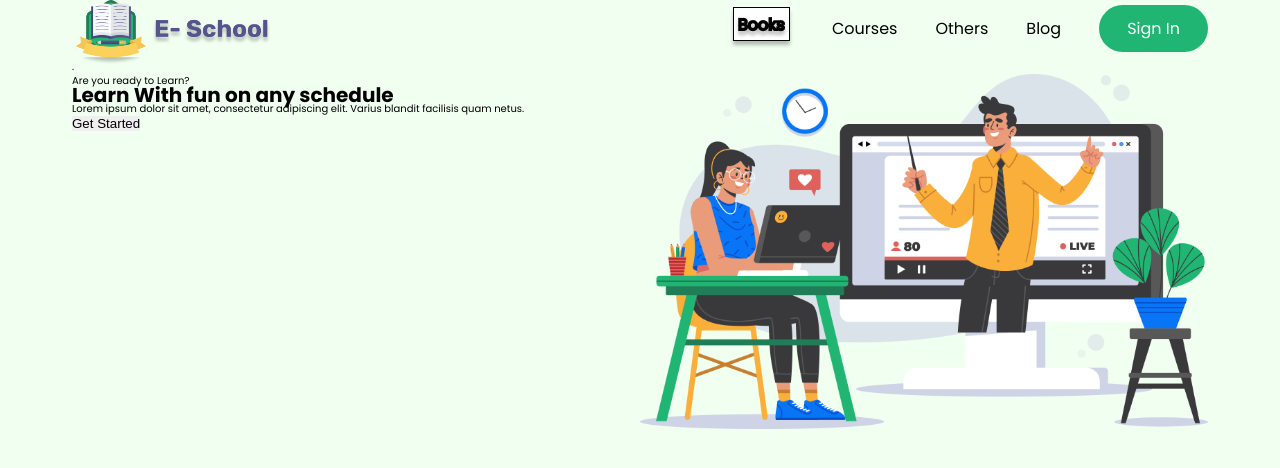
Repository: bijaythakur-code/E-school
Page: index.html
An editor plug-in stored every save of this project. The page is shown before and after the next save, followed by the edit.
The browser window is 1280 px wide. The pictures show the whole page.

Above is the page before, as saved 2022-05-11 15:03:42.
Console error: TypeError: Cannot set properties of null (setting 'textContent')

### index.html
<!DOCTYPE html>
<html lang="en">
  <head>
    <meta charset="UTF-8" />
    <meta http-equiv="X-UA-Compatible" content="IE=edge" />
    <meta name="viewport" content="width=device-width, initial-scale=1.0" />

    <link rel="preconnect" href="https://fonts.googleapis.com" />
    <link rel="preconnect" href="https://fonts.gstatic.com" crossorigin />
    <link
      href="https://fonts.googleapis.com/css2?family=Poppins:wght@400;500;700&family=Roboto&display=swap"
      rel="stylesheet"
    />

    <link rel="stylesheet" href="/css/general.css" />
    <link rel="stylesheet" href="/css/style.css" />
    <link rel="stylesheet" href="/css/queries.css" />
    <title>Starter Project</title>
  </head>
  <body>
    <header>
      <div class="container">
        <nav>
          <div class="logo">
            <a href="/">
              <img src="/img/logo.png" alt="E-school logo" />
            </a>
          </div>
          <ul class="main-nav">
            <li>
              <a href="/">
                <img src="/img/img-icon-books-nav.png" alt="E-school Books" />
              </a>
            </li>
            <li>
              <a class="nav-link" href="#">Courses</a>
            </li>
            <li>
              <a class="nav-link" href="#">Others</a>
            </li>
            <li>
              <a class="nav-link" href="#">Blog</a>
            </li>
            <li>
              <a class="sign-in nav-link" href="#">Sign In</a>
            </li>
          </ul>
        </nav>

        <!-- hero section -->
        .
        <div class="hero">
          <div class="hero-left">
            <p class="are-you-ready">Are you ready to Learn?</p>
            <h1>Learn With fun on <span>any schedule</span></h1>
            <p>
              Lorem ipsum dolor sit amet, consectetur adipiscing elit. Varius
              blandit facilisis quam netus.
            </p>
            <a href="#">
              <button class="btn-get-started">Get Started</button>
            </a>
          </div>
          <div class="hero-right">
            <img src="/img/image-hero.png" alt="E-school hero" />
        </div>
      </div>
    </header>
    <script src="js/script.js"></script>
  </body>
</html>

### css/general.css
/*
--- 01 TYPOGRAPHY SYSTEM

- Font sizes (px)


- Font weights
Default: 400
Medium: 500

Bold: 700


- Line heights
Default: 1
Small: 1.05
Medium: 1.2
Paragraph default: 1.6
Large: 1.8

- Letter spacing
-0.5px
0.75px

--- 02 COLORS

#000000 -- black
#21B573 -- primary
#FFFFFF -- white
#FD511A -- primary-shade-one
#413960 -- secondary
#585859 -- secondary-tint-one
#282531 -- footer background
#CDCDCD -- primary-tint-one

#F0FFF0 -- hero background

- Primary:
- Tints:


- Shades:


- Accents:
- Greys


--- 05 SHADOWS


--- 06 BORDER-RADIUS

Default: 9px
Medium: 11px

--- 07 WHITESPACE

- Spacing system (px)

*/

:root {
  /* COLORS VARIABLES */
  --primary-color: #21b573;
  --primary-shade-one: #fd511a;
  --primary-tint-one: #cdcdcd;

  --secondary-color: #413960;
  --secondary-tint-one: #585859;

  --hero-background: #f0fff0;
  --footer-background: #282531;

  --black-color: #000000;
  --white-color: #ffffff;
}

*,
*::after,
*::before {
  padding: 0;
  margin: 0;
  box-sizing: border-box;
}

html {
  /* font-size: 10px; */

  /* 10px / 16px = 0.625 = 62.5% */
  /* Percentage of user's browser font-size setting */
  font-size: 62.5%;

  /* Does NOT work on Safari */
  /* scroll-behavior: smooth; */
}

body {
  font-family: 'Poppins', sans-serif;
  line-height: 140%;
  font-weight: 400;
}

ul {
  list-style: none;
}

a {
  text-decoration: none;
}

img {
  max-width: 100%;
  height: auto;
}

button {
  border: none;
  outline: none;
  cursor: pointer;
}

/*=============== GENERAL REUSABLE CSS CLASSES ===============*/

.container {
  /* 1200px */
  max-width: 120rem;
  padding: 0 3.2rem;
  margin: 0 auto;
}

### css/style.css
/*=============== HEADER & NAV ===============*/

header {
  background-color: var(--hero-background);
  height: 100vh;
}
nav {
  display: flex;
  justify-content: space-between;
}

.main-nav {
  display: flex;
  justify-content: space-between;
  align-items: center;
  gap: 38px;
}

.logo {
  height: 60px;
  width: 200px;
}

.nav-link {
  font-family: 'Poppins', sans-serif;
  font-weight: 400;
  font-size: 16px;
  color: #000000;
}

.sign-in {
  color: #ffffff;
  padding: 12px 28px;
  width: 104px;
  height: 43px;
  background: #21b573;
  border-radius: 33px;
}

/* mobile menu */

/*=============== HERO SECTION ===============*/

.hero {
  display: flex;
}

.hero-left {
  width: 50%;
  display: flex;
  flex-direction: column;
}

.hero-right {
  width: 50%;
}

### css/queries.css
/* rem and em do NOT depend on html font-size in media queries! Instead, 1rem = 1em = 16px */

/**************************/
/* BELOW 1344px (Smaller desktops) */
/**************************/

@media (max-width: 84em) {
}

/**************************/
/* BELOW 1200px (Landscape Tablets) */
/**************************/

@media (max-width: 75em) {
  html {
    /* 9px / 16px  */
    font-size: 56.25%;
  }
}

/**************************/
/* BELOW 944px (Tablets) */
/**************************/

@media (max-width: 59em) {
  html {
    /* 8px / 16px = 0.5 = 50% */
    font-size: 50%;
  }
}

/**************************/
/* BELOW 704px (Smaller tablets) */
/**************************/

@media (max-width: 44em) {
}

/**************************/
/* BELOW 544px (Phones) */
/**************************/

@media (max-width: 34em) {
}

### js/script.js
///////////////////////////////////////////////////////////
// Set current year
const yearEl = document.querySelector('.year')
const currentYear = new Date().getFullYear()
yearEl.textContent = currentYear

///////////////////////////////////////////////////////////
// Make mobile navigation work

const btnNavEl = document.querySelector('.btn-mobile-nav')
const headerEl = document.querySelector('.nav-container')

btnNavEl.addEventListener('click', function () {
  headerEl.classList.toggle('nav-open')
})

///////////////////////////////////////////////////////////
// Smooth scrolling animation

const allLinks = document.querySelectorAll('a:link')

allLinks.forEach(function (link) {
  link.addEventListener('click', function (e) {
    e.preventDefault()
    const href = link.getAttribute('href')

    // Scroll back to top
    if (href === '#')
      window.scrollTo({
        top: 0,
        behavior: 'smooth',
      })

    // Scroll to other links
    if (href !== '#' && href.startsWith('#')) {
      const sectionEl = document.querySelector(href)
      sectionEl.scrollIntoView({ behavior: 'smooth' })
    }

    // Close mobile naviagtion
    if (link.classList.contains('nav-link'))
      headerEl.classList.toggle('nav-open')
  })
})

///////////////////////////////////////////////////////////
// Sticky navigation

const sectionHeroEl = document.querySelector('.hero')

const obs = new IntersectionObserver(
  function (entries) {
    const ent = entries[0]
    // console.log(ent)

    if (ent.isIntersecting === false) {
      document.body.classList.add('sticky')
    }

    if (ent.isIntersecting === true) {
      document.body.classList.remove('sticky')
    }
  },
  {
    // In the viewport
    root: null,
    threshold: 0,
    rootMargin: '-80px',
  }
)
obs.observe(sectionHeroEl)

After the next save:
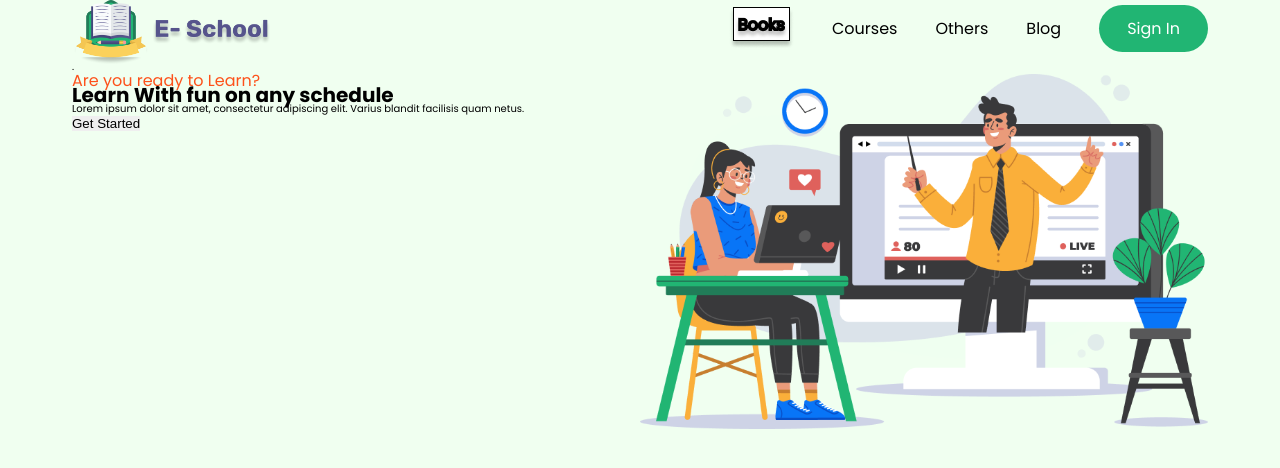
Saved 33 s later.
--- a/css/style.css
+++ b/css/style.css
@@ -51,6 +51,14 @@
   flex-direction: column;
 }
 
+.are-you-ready {
+  font-family: 'Poppins', sans-serif;
+
+  font-weight: 400;
+  font-size: 16px;
+  color: #fd511a;
+}
+
 .hero-right {
   width: 50%;
 }
